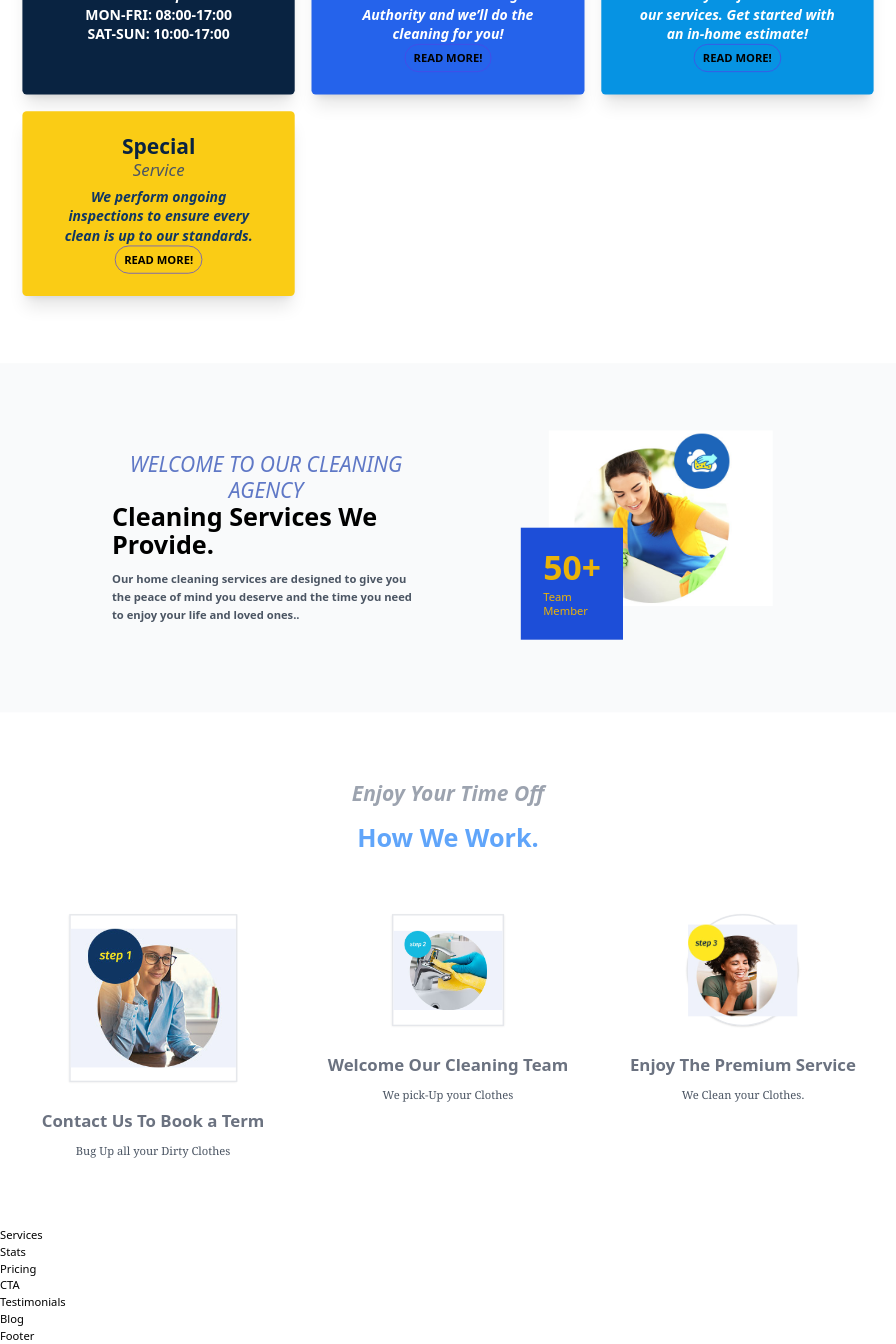
Repository: remydev47/cleonara
Page: /
These files come from the project's save history. The page is drawn as it stood at one moment and after the next save; the edit follows.
The browser window is 1280 px wide. The pictures show the part of the page from y = 1097 to 3017 px (the page is 3017 px tall), at 70% of full size.
The project was rebuilt for these pictures with package versions that can differ from the ones it lists, and the page was loaded fresh each time. The framework's server and built-in components were replaced by stand-ins that run in the browser. Also part of the build but not shown: next.config.js.

Above is the page before, as saved 2022-11-01 13:14:15.

### pages/_app.tsx
import '../styles/globals.css'
import type { AppProps } from 'next/app'
import Header from '../components/Header'

function MyApp({ Component, pageProps }: AppProps) {
  return(
    <>
      <Header />
      <Component {...pageProps} />
    </>

  )
}

export default MyApp

### pages/index.tsx
import type { NextPage } from 'next'
import Head from 'next/head'
import Image from 'next/image'
import { AboutUs, CTA, Hero, Offers, Pricing, Services, Blog, Stats, Steps, Testimonials, Footer } from '../components'

const Home: NextPage = () => {
  return (
    <div className="">
      <Head>
        <title>CLEONARA</title>
        <link rel="icon" href="/favicon.ico" />
      </Head>
      <Hero/>
      <Offers />
      <AboutUs />
      <Steps />
      <Services />
      <Stats />
      <Pricing />
      <CTA />
      <Testimonials />
      <Blog />
      <Footer />
    </div>
  )
}

export default Home

### components/Header.tsx
import React from 'react';
import { navLinks } from '../constants';
import Menupopover from './Menupopover';
import Image from 'next/image';
import Logo from './Logo';
import { Button } from './Button';

const Header = () => {
  return (
    <header className="fixed inset-x-0 bg-[#092341] z-20 flex justify-between items-center py-2 px-2 shadow-lg dark:bg-slate-900 sm:py-3 sm:px-8">
            <div className='flex grow-0 basis-1/3 md:hidden'>
                <Menupopover />
            </div>

             <div className='flex grow-0 ml-2 justify-center md:justify-start'>
                <Logo />

            </div>


            <ul className="list-none sm:flex hidden justify-center items-center flex-1">
            {navLinks.map((nav, index) => (
                <li
                key={nav.id}
                className={`font-bold cursor-pointer text-[16px] hover:text-blue-400
                   ${index === navLinks.length - 1 ? 'mr-0' : 'mr-10'}
                  text-white `}
                >
                    <a>{nav.title}</a>
                </li>
            ))}
           </ul>

          <div className='sm:flex hidden'>
            <Button variant='solid'>
              GET A QUOTE!
            </Button>
          </div>

        </header>
  )
}

export default Header

### components/index.ts
import Hero from "./Hero";
import Offers from "./Offers";
import AboutUs from "./AboutUs";
import Steps from "./Steps";
import Services from "./Services";
import Stats from "./Stats";
import Pricing from "./Pricing";
import CTA from "./CTA";
import Testimonials from "./Testimonials";
import Blog from "./Blog";
import Footer from "./Footer";

export {
    Hero, Offers, AboutUs, Steps, Services, Stats, Pricing, CTA, Testimonials, Blog, Footer
}

### constants/index.ts
export const navLinks=[
    {
        id:"home",
        title:"Home",
    },
    {
        id:"services",
        title:"Services",
    },
    {
        id:"AboutUs",
        title:"AboutUs",
    },
    {
        id:"pricing",
        title:"Pricing",
    },
    {
        id:"blog",
        title:"Blog",
    },
    {
        id:"reviews",
        title:"Reviews",
    },
    {
        id:"contacts",
        title:"Contacts",
    },
]

### components/Menupopover.tsx
import React, {useState, Fragment} from 'react';
import { navLinks } from '../constants';
import { IconButton, Button } from './Button';
import { Transition, Dialog } from '@headlessui/react';
import Logo from './Logo';
import Image from 'next/image';

const Menupopover = () => {
  const [isOpen, setIsOpen] = useState(false)

  return (
    <div>
    <IconButton
      variant='ghost'
      aria-label='menu'
      onClick={() => setIsOpen(!isOpen)}
    >
      <svg className='h-6 w-6 ' fill='none' stroke='currentColor'>
        <path
          strokeLinecap='round'
          strokeLinejoin='round'
          strokeWidth={2}
          d='M4 6h16M4 12h16M4 18h16'
        />
      </svg>
    </IconButton>
    <Transition
      show={isOpen}
      appear
      as={Fragment}
      enter='transform transition ease-in-out duration-300'
      enterFrom='-translate-x-full'
      enterTo='translate-x-0'
      leave='transform transition ease-in-out duration-300 delay-200'
      leaveFrom='translate-x-0'
      leaveTo='-translate-x-full'
     >
     <Dialog
       as='div'
       className={`fixed inset-0 z-50`}
       onClose={setIsOpen}
       open={isOpen}
       >
       <Transition.Child
         as={Fragment}
         enter='ease-out duration-300 delay-300'
         enterFrom='opacity-0'
         enterTo='opacity-100'
         leave='ease-in duration-200'
         leaveFrom='opacity-100'
         leaveTo='opacity-0'
       >

        <Dialog.Overlay
          className={`fixed inset-0 bg-black/20 backdrop-blur-sm dark:bg-gray-900/80`}
         />
      </Transition.Child>
       <div className={styles.dialogcontainer}>
        <a className='mx-auto mt-4 flex w-[140px] '>
          <Logo />
        </a>
        <ul
            className={styles.navWrapper2}
         >
            {navLinks.map((nav, index) => (
                <li
                 key={nav.id}
                 className={` font-bold cursor-pointer text-[16px]
                  mt-2 border-t border-slate-200 py-4 dark:border-slate-600
                  ${index === navLinks.length - 1 ? 'mr-0' : 'mb-4'}
                  text-white `}
                >
                 <a href={`#${nav.id}`}>
                    {nav.title}
                 </a>
                </li>
             ))}
         </ul>

        <IconButton
          variant='ghost'
          aria-label='close menu'
          className='absolute top-5 right-5'
          onClick={() => setIsOpen(false)}
        >
          <svg
            viewBox='0 0 10 10'
            className='h-2.5 w-2.5 overflow-visible'
            aria-hidden='true'
          >
            <path
                d='M0 0L10 10M10 0L0 10'
                fill='none'
                stroke='currentColor'
                strokeWidth='2'
                strokeLinecap='round'
              />
          </svg>
        </IconButton>
       </div>
     </Dialog>
    </Transition>
  </div>
  )
}

export default Menupopover;

const styles ={
  dialogcontainer:`fixed top-0 bottom-0 left-0 w-full max-w-xs rounded-r-xl bg-[#092341] p-6 shadow-lg dark:bg-gray-800`,
  menuitems:`group relative flex h-9 items-center oveflow-hidden rounded-md hover:bg-slate-200/50`,
  navWrapper2:`list-none flex flex-col justify-end items-center flex-1`,
}

### components/Logo.tsx
import React from 'react'
import Image from 'next/image'

const Logo = () => {
  return (
    <div>
        <Image
          src='/images/logo.png'
          alt='Cleonara'
          height={80}
          width={150}
        />
    </div>
  )
}

export default Logo

### components/Button/index.tsx
import React, { forwardRef } from "react";
//import { __DEV__ } from "../../utils/assertions";

type BaseButtonProps = Omit<React.HTMLProps<HTMLButtonElement>, "size">;

/* === Button Element === */

export interface ButtonProps extends BaseButtonProps {
  children: React.ReactNode;
  fullWidth?: boolean;
  className?: string;
  variant?: "solid" | "outline" | "ghost";
  size?: "sm" | "md" | "lg";
  as?: string;
  isExternal?: boolean;
  type?: "button" | "submit" | "reset";
}

export const Button = forwardRef<HTMLButtonElement, ButtonProps>(
  (
    {
      children,
      variant = "solid",
      size = "md",
      fullWidth = false,
      className,
      as = "button",
      isExternal = false,
      ...rest
    },
    ref
  ) => {
    let tempClassNames: string[] = [];

    const sharedClasses = [
      "capitalize",
      "focus:outline-none",
      "focus:ring-2",
      "focus:ring-indigo-400",
      "focus:ring-offset-2",
      "focus:ring-offset-indigo-50",
      "font-semibold",
      "rounded-full",
      "inline-flex",
      "flex-shrink-0",
      "items-center",
      "justify-center",
      "transition-colors",
      "ease-in-out",
      "duration-500",
    ];

    if (fullWidth) sharedClasses.push("w-full");

    // handle variants
    let btnSolid = ["bg-indigo-600", "hover:bg-indigo-700", "text-white"];
    let btnOutline = [
      "dark:text-white",
      "hover:text-indigo-700",
      "hover:dark:text-indigo-700",
      "bg-transparent",
      "hover:bg-indigo-50",
      "border",
      "border-indigo-600",
    ];
    let btnGhost = [
      "bg-transparent",
      "dark:text-white",
      "hover:bg-indigo-50",
      "hover:text-indigo-700",
      "hover:dark:text-indigo-700",
    ];

    if (variant === "solid") {
      tempClassNames = [...sharedClasses, ...btnSolid];
    } else if (variant === "outline") {
      tempClassNames = [...sharedClasses, ...btnOutline];
    } else if (variant === "ghost") {
      tempClassNames = [...sharedClasses, ...btnGhost];
    }

    // handle sizes
    let sizeSm = ["h-8", "px-2", "text-sm"];
    let sizeMd = ["h-10", "px-3"];
    let sizeLg = ["h-12", "px-4", "text-lg"];

    if (size === "sm") {
      tempClassNames = [...tempClassNames, ...sizeSm];
    } else if (size === "md") {
      tempClassNames = [...tempClassNames, ...sizeMd];
    } else if (size === "lg") {
      tempClassNames = [...tempClassNames, ...sizeLg];
    }

    let classes = tempClassNames.join(" ");

    let Element = as ? (
      React.createElement(
        as,
        {
          className: `${classes} ${className}`,
          target: isExternal ? "_blank" : undefined,
          rel: isExternal ? "noopener noreferrer" : undefined,
          ref,
          ...rest,
        },
        children
      )
    ) : (
      <button {...rest} className={`${classes} ${className}`} ref={ref}>
        {children}
      </button>
    );

    return Element;
  }
);

// if (__DEV__) {
//   Button.displayName = "Button";
// }

/* === IconButton Element === */

export interface IconButtonProps extends ButtonProps {
  icon?: React.ReactElement;
  "aria-label": string;
}

export const IconButton = forwardRef<HTMLButtonElement, IconButtonProps>(
  (
    {
      children,
      icon,
      className,
      "aria-label": ariaLabel,
      size = "md",
      ...rest
    },
    ref
  ) => {
    let sharedClasses = ["rounded-full", "!px-0"];

    // handle sizes
    let sizeSm = ["w-8"];
    let sizeMd = ["w-10"];
    let sizeLg = ["w-12"];

    if (size === "sm") {
      sharedClasses = [...sharedClasses, ...sizeSm];
    } else if (size === "md") {
      sharedClasses = [...sharedClasses, ...sizeMd];
    } else if (size === "lg") {
      sharedClasses = [...sharedClasses, ...sizeLg];
    }

    /**
     * Passing the icon as prop or children should work
     */
    const element = icon || children;
    const _children = React.isValidElement(element)
      ? React.cloneElement(element as any, {
          "aria-hidden": true,
          focusable: false,
        })
      : null;

    let classes = sharedClasses.join(" ");
    return (
      <Button
        className={`${classes} ${className}`}
        aria-label={ariaLabel}
        size={size}
        {...rest}
        ref={ref}
      >
        {_children}
      </Button>
    );
  }
)

### components/Hero.tsx
import React from 'react'

const Hero = () => {
  return (
    <section className='relative pt-48 pb-12 xl:pt-60 sm:pb-16 lg:pb-32 xl:pb-48 2xl:pb-56'>
    <div className="absolute inset-0">
     <img className="object-cover w-full h-full" src="/images/7.jpg" alt="" />
    </div>
   <div className='relative'>
    <div className="px-6 mx-auto sm:px-8 lg:px-12 max-w-7xl">
      <div className="w-full lg:w-2/3 xl:w-1/2">
        <h1 className="font-serif text-xl font-bold tracking-tight text-white text-opacity-70 text-center">Proffesional Cleaning Services</h1>
        <p className="mt-6 tracking-tighter text-[#656b72]">
          <span className="font-sans font-bold text-6xl">BEST CLEANING </span><br />
          <span className="font-serif italic font-BOLD text-7xl">SERVICES IN TOWN</span>
        </p>
        <p className="mt-8 font-erif text-xl font-normal text-[#656b72]">
         Our professional and experienced cleaning staff does the job right the first time are Carefully selected Give them a deep.
        </p>
      </div>
    </div>
   </div>
  </section>
  )
}

export default Hero

### components/Offers.tsx
import React from 'react'
import { Button } from './Button'

const Offers = () => {
  return (
    <section className="bg-[#fff] sm:py-16 lg:py-24">
    <div className="px-4 mx-auto max-w-7xl sm:px-6 lg:px-8">
    <div className="max-w-2xl mx-auto text-center">
      <h2 className="text-xl italic font-semibold leading-tight text-black  lg:text-2xl">What We Offer</h2>
    </div>

    <div className="grid max-w-md grid-cols-1 gap-6 mx-auto mt-8 text-center lg:max-w-full lg:mt-16 lg:grid-cols-3">

        <div className="overflow-hidden bg-[#092341] shadow-xl border-gray-300 rounded-md">
          <div className="p-8 xl:px-12 flex flex-col items-center justify-center">
             <div className='flex flex-col'>
               <h1 className='text-3xl font-semibold text-white'>Opening</h1>
               <span className='italic text-2xl text-blue-400'>HOURS</span>
             </div>
             <h2 className='font-bold text-xl italic text-white text-center mt-2'>
               We are Open
             </h2>
             <p className='text-xl text-white text-center font-bold'>
               MON-FRI: 08:00-17:00
             </p>
             <p className='text-xl text-white text-center font-bold'>
               SAT-SUN: 10:00-17:00
             </p>
          </div>
        </div>

        <div className="overflow-hidden bg-blue-600 shadow-xl border-gray-300 rounded-md">
          <div className="p-8 xl:px-12 flex flex-col items-center justify-center">
             <div className='flex flex-col'>
               <h1 className='text-3xl font-semibold text-white'>Commercial</h1>
               <span className='italic text-2xl text-yellow-400'>Service</span>
             </div>
             <h2 className='font-bold text-xl italic text-white text-center mt-2'>
                Contact The Cleaning Authority and we’ll do the cleaning for you!
             </h2>
             <p>
              <Button variant='outline'>
                READ MORE!
              </Button>
             </p>
          </div>
        </div>


        <div className="overflow-hidden bg-[#0693e3] shadow-xl border-gray-300 rounded-md">
          <div className="p-8 xl:px-12 flex flex-col items-center justify-center">
             <div className='flex flex-col'>
               <h1 className='text-3xl font-semibold text-white'>Residential</h1>
               <span className='italic text-2xl text-yellow-400'>Services</span>
             </div>
             <h2 className='font-bold text-xl italic text-white text-center mt-2'>
               Invest in your free time with our services. Get started with an in-home estimate!
             </h2>
             <p>
              <Button variant='outline'>
                READ MORE!
              </Button>
             </p>
          </div>
        </div>

        <div className="overflow-hidden bg-yellow-400 shadow-xl border-gray-300 rounded-md">
          <div className="p-8 xl:px-12 flex flex-col items-center justify-center">
             <div className='flex flex-col'>
               <h1 className='text-3xl font-semibold text-[#092341]'>Special</h1>
               <span className='italic text-2xl text-gray-600'>Service</span>
             </div>
             <h2 className='font-bold text-xl italic text-[#0f3664] text-center mt-2'>
              We perform ongoing inspections to ensure every clean is up to our standards.
             </h2>
             <p>
              <Button variant='outline'>
                READ MORE!
              </Button>
             </p>
          </div>
        </div>

    </div>
</div>
</section>
  )
}

export default Offers

### components/AboutUs.tsx
import React from 'react'

const AboutUs = () => {
  return (
    <section className="py-6 bg-gray-50 sm:py-16 lg:py-24">
    <div className="max-w-5xl px-4 mx-auto sm:px-6 lg:px-8">
        <div className="grid items-center grid-cols-1 gap-y-6 md:grid-cols-2 md:gap-x-20">
            <div className="">
                <h1 className='text-3xl italic text-blue-800/70 text-center'>WELCOME TO OUR CLEANING AGENCY</h1>
                <h2 className="text-4xl font-bold leading-tight text-black sm:text-4xl lg:text-4xl">Cleaning Services We Provide.</h2>
                <p className="mt-4 text-base leading-relaxed text-gray-600 font-semibold">
                 Our home cleaning services are designed to give you the peace of mind you deserve and the time you need to enjoy your life and loved ones..
                </p>
            </div>

            <div className=" pl-20 pr-6 sm:pl-6 md:px-0">
                <div className="relative w-full max-w-xs mt-4 mb-10 ml-auto">
                 <img className="relative -top-4 -left-4" src="/images/Cleaning.jpg" alt="" />



                    <div className="absolute -bottom-10 -left-16 m-2">


                          <div className="px-8 py-8 bg-blue-700">
                               <span className="block text-4xl font-bold text-yellow-500 lg:text-5xl"> 50+ </span>
                                <span className="block mt-2 text-base leading-tight text-yellow-500"> Team<br />Member</span>
                            </div>
                    </div>
                </div>
            </div>
        </div>
    </div>
</section>
  )
}

export default AboutUs

### components/Steps.tsx
import React from 'react'

const Steps = () => {
  return (
    <section className="py-10  bg-white sm:py-16 lg:py-24">
    <div className="px-4 mx-auto max-w-7xl sm:px-6 lg:px-8">
        <div className="max-w-2xl mx-auto text-center">
            <h2 className="text-3xl italic font-semibold leading-tight text-gray-400">Enjoy Your Time Off</h2>
            <p className="mx-auto mt-4 text-4xl font-bold leading-relaxed text-blue-400">
              How We Work.
            </p>
        </div>

        <div className="relative mt-12 lg:mt-20">


            <div className="relative grid grid-cols-1 text-center gap-y-12 md:grid-cols-3 gap-x-12">
                <div>
                    <div className="flex items-center justify-center w-60 h-60 mx-auto bg-white border-2 border-gray-200 shadow">
                        <span className="text-xl font-semibold text-gray-700">
                            <img src='/images/step-1.jpg' className='h-full w-full ' />
                        </span>
                    </div>
                    <h3 className="mt-6 text-2xl font-bold leading-tight text-gray-500 md:mt-10">Contact Us To Book a Term</h3>
                    <p className="mt-4 font-serif text-base text-gray-600">Bug Up all your Dirty Clothes</p>
                </div>

                <div>
                    <div className="flex items-center justify-center w-40 h-40 mx-auto bg-white border-2 border-gray-200 shadow">
                        <span className="text-xl font-semibold text-gray-700">
                          <img src='/images/step-2.jpg' className='h-full w-full ' />
                        </span>
                    </div>
                    <h3 className="mt-6 text-2xl font-bold leading-tight text-gray-500 md:mt-10">Welcome Our Cleaning Team</h3>
                    <p className="mt-4 font-serif text-base text-gray-600">We pick-Up your Clothes</p>
                </div>

                <div>
                    <div className="flex items-center justify-center w-40 h-40 mx-auto bg-white border-2 border-gray-200 rounded-full shadow">
                        <span className="text-xl font-semibold text-gray-700">
                        <img src='/images/step-3.jpg' className='h-full w-full ' />
                        </span>
                    </div>
                    <h3 className="mt-6 text-2xl font-bold leading-tight text-gray-500 md:mt-10">Enjoy The Premium Service</h3>
                    <p className="mt-4 font-serif text-base text-gray-600">We Clean your Clothes.</p>
                </div>

            </div>
        </div>
    </div>
 </section>
  )
}

export default Steps

Loaded but not shown: styles/globals.css (common file); components/Services.tsx (common file); components/Stats.tsx (common file); components/Pricing.tsx (common file); components/CTA.tsx (common file); components/Testimonials.tsx (common file); components/Blog.tsx (common file); components/Footer.tsx (common file); tailwind.config.js (common file)

After the next save:
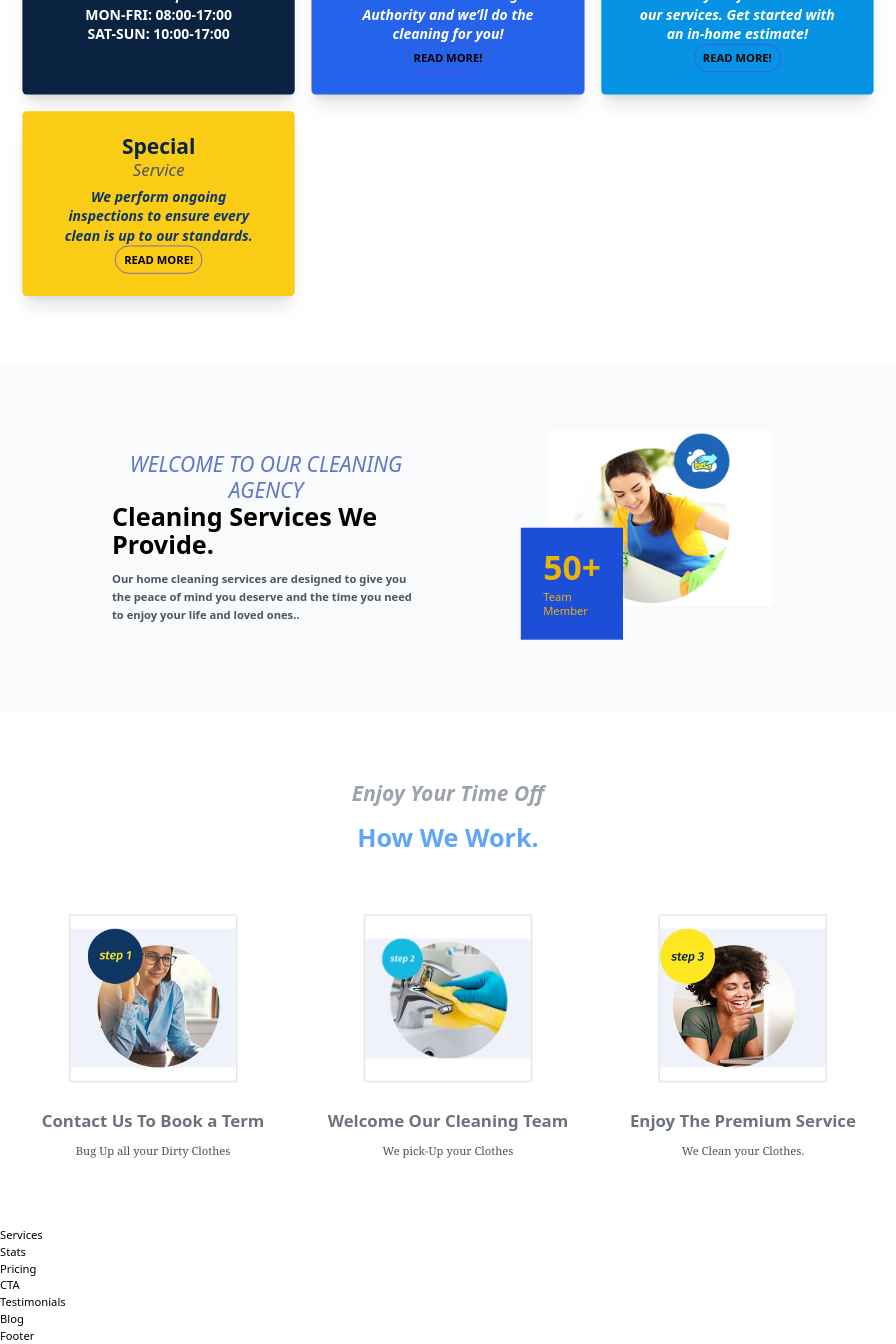
Saved 38 s later.
--- a/components/Steps.tsx
+++ b/components/Steps.tsx
@@ -26,7 +26,7 @@ const Steps = () => {
                 </div>
 
                 <div>
-                    <div className="flex items-center justify-center w-40 h-40 mx-auto bg-white border-2 border-gray-200 shadow">
+                    <div className="flex items-center justify-center w-60 h-60 mx-auto bg-white border-2 border-gray-200 shadow">
                         <span className="text-xl font-semibold text-gray-700">
                           <img src='/images/step-2.jpg' className='h-full w-full ' />
                         </span>
@@ -36,7 +36,7 @@ const Steps = () => {
                 </div>
 
                 <div>
-                    <div className="flex items-center justify-center w-40 h-40 mx-auto bg-white border-2 border-gray-200 rounded-full shadow">
+                    <div className="flex items-center justify-center w-60 h-60 mx-auto bg-white border-2 border-gray-200 shadow">
                         <span className="text-xl font-semibold text-gray-700">
                         <img src='/images/step-3.jpg' className='h-full w-full ' />
                         </span>
